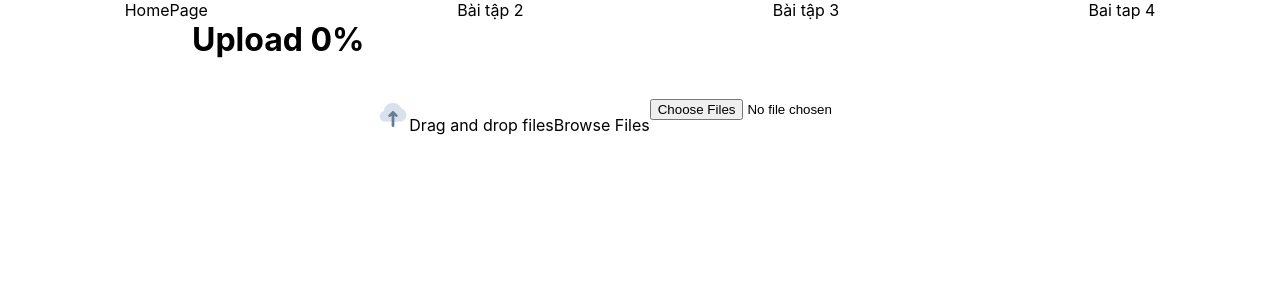
Repository: tungdau93/Training-ReactJS
Page: /bai-tap-3
The author's editor kept a copy of each file at every save. The page is drawn from the files as they stood at one save, then again after a run of saves.
The browser window is 1280 px wide. The pictures show the whole page.
The project was rebuilt for these pictures with package versions that can differ from the ones it lists, and the page was loaded fresh each time. Also part of the build but not shown: src/App.css, src/hooks/useClickOutside.js, src/Assignments/BaiTap2.jsx, src/Assignments/HomePage.jsx.

Above is the page before, as saved 2022-10-03 10:35:59.

After the next 2 saves:
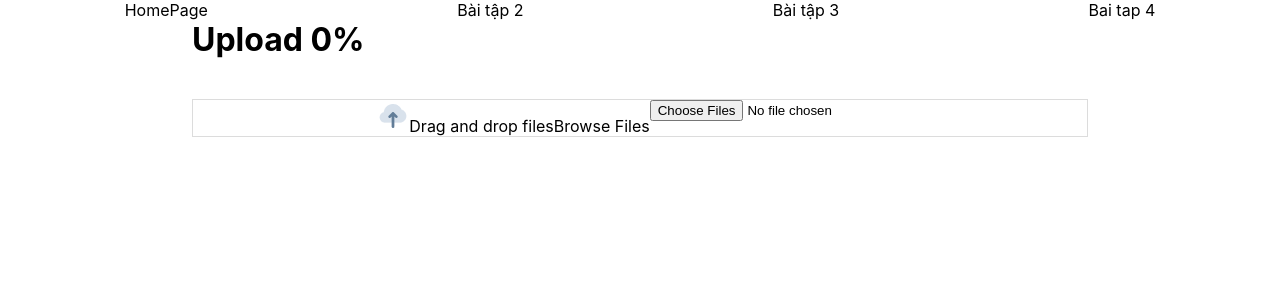
The 2 saves are shown as one change because 1 did not build or start.
The last was saved 28 s later.
--- a/src/style/_bai-tap-3.scss
+++ b/src/style/_bai-tap-3.scss
@@ -251,5 +251,7 @@
     display: flex;
     justify-content: center;
     margin-top: 40px;
+    border: 1px solid #dcdcdc;
+
   }
 }
